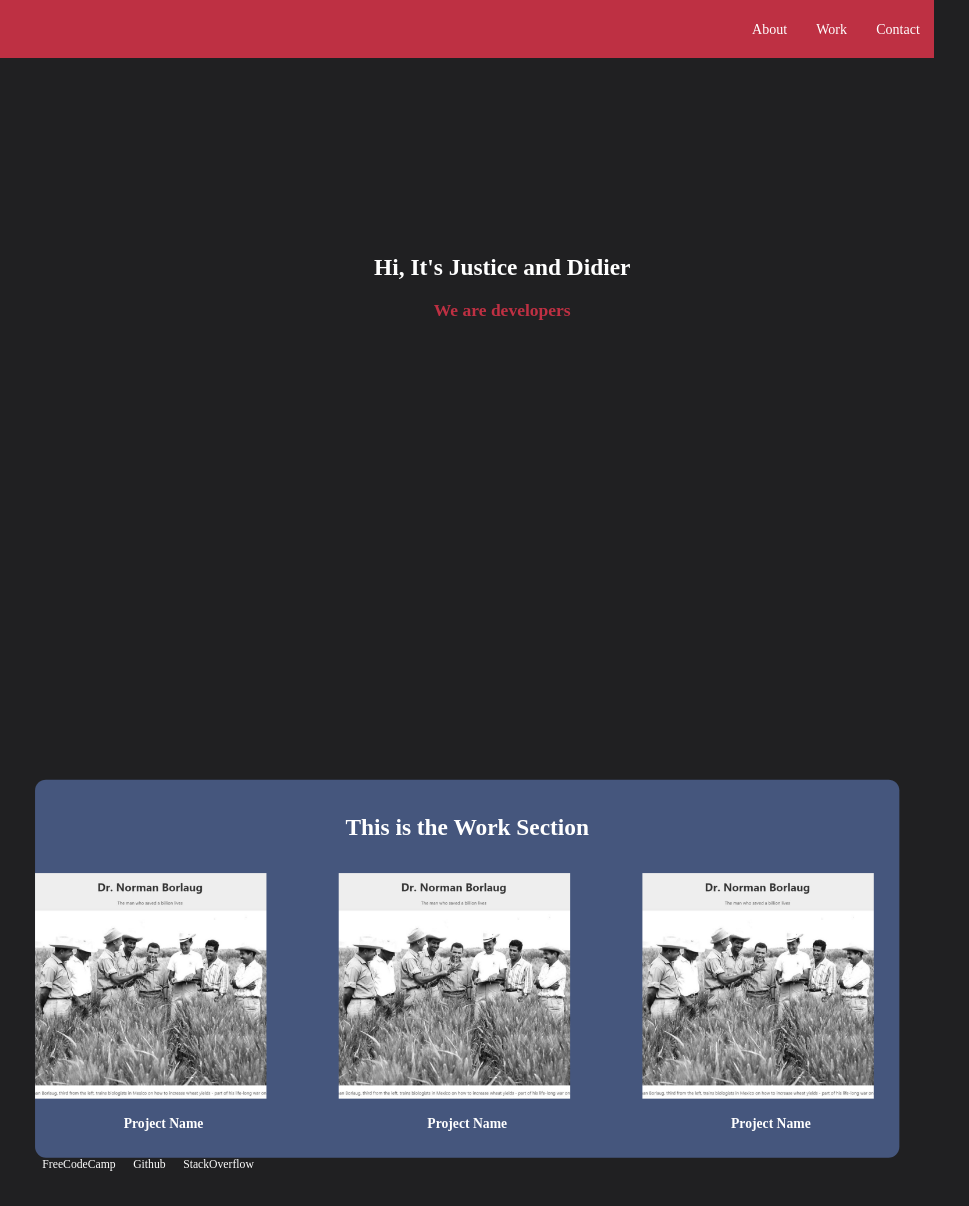
Repository: justicebhekani88/microverse_portfolio_project
Page: index.html
An editor plug-in stored every save of this project. The page is shown before and after the next save, followed by the edit.
The browser window is 1280 px wide. The page is 1328 px wide, so the pictures cover 1328 px, including what lies to the right of the window. The pictures show the whole page, at 73% of full size.

Above is the page before, as saved 2022-07-21 15:27:00.

### index.html
<!DOCTYPE html>
<html lang="en">

<head>
    <meta charset="UTF-8">
    <meta http-equiv="X-UA-Compatible" content="IE=edge">
    <meta name="viewport" content="width=device-width, initial-scale=1.0">
    <link rel="stylesheet" href="style.css">
    <title>Portfolio Project</title>
</head>

<body>
    <nav id="navbar">
        <ul id="nav-list">
            <li><a href="#welcome-section">About</a></li>
            <li><a href="#projects">Work</a></li>
            <li><a href="#contact">Contact</a></li>
        </ul>
    </nav>
    <div id="main">
        <section id="welcome-section">
            <div id="welcome-text">
                <h1>Hi, It's Justice and Didier</h1>
                <h2>We are developers</h2>
            </div>
        </section>
        <section id="projects">
            <h1>This is the Work Section</h1>
            <div id="projects-display">
            <div class="project-tile">
                <a href="">
                    <div>
                        <img src="project.png" alt="Project Image">
                        <h3>Project Name</h3>
                    </div>
                </a>
            </div>
            <div class="project-tile">
                <a href="">
                    <div>
                        <img src="project.png" alt="Project Image">
                        <h3>Project Name</h3>
                    </div>
                </a>
            </div>
            <div class="project-tile">
                <a href="">
                    <div>
                        <img src="project.png" alt="Project Image">
                        <h3>Project Name</h3>
                    </div>
                </a>
            </div>
            </div>
        </section>
        <section>
            <a href="#" id="profile-link" target="_blank">FreeCodeCamp</a>
            <a href="#" id="profile-link" target="_blank">Github</a>
            <a href="#" id="profile-link" target="_blank">StackOverflow</a>
        </section>
    </div>

</body>

</html>

### style.css
body {
    background-color: #202022;
    overflow-x: hidden;
}

nav {
    color: white;
    display: flex;
    justify-content: flex-end;
    position: fixed;
    top: 0;
    left: 0;
    width: 100%;
    background: #BE3043;
}

#nav-list {
    display: flex;
}

li,
a {
    list-style: none;
    color: white;
    padding: 10px;
    text-decoration: none;
}

#main {
    padding-left: 70px;
}

#welcome-section {
    width: 100vw;
    height: 100vh;
}

h1 {
    color: white;
    font-size: 2rem;
    text-align: center;
}

h2 {
    color: #BE3043;
    font-size: 1.5rem;
}

h3 {
    text-align: center;
}

#welcome-text {
    margin: 300px 30%;
    text-align: center;
}

#projects {
    background: #45567D;
    padding-top: 20px;
    border-radius: 15px;
}

#projects-display {
    display: grid;
    grid-template-columns: repeat(auto-fit, minmax(320px, 1fr));
    grid-gap: 4rem;
}

img {
    width: 90%
}

@media only screen and (min-width: 600px) {
    #main {
        padding: 10px;
    }
}

@media only screen and (min-width: 1280px) {
    #main {
        padding: 40px;
    }
    nav {
        font-size: larger;
    }
}

After the next save:
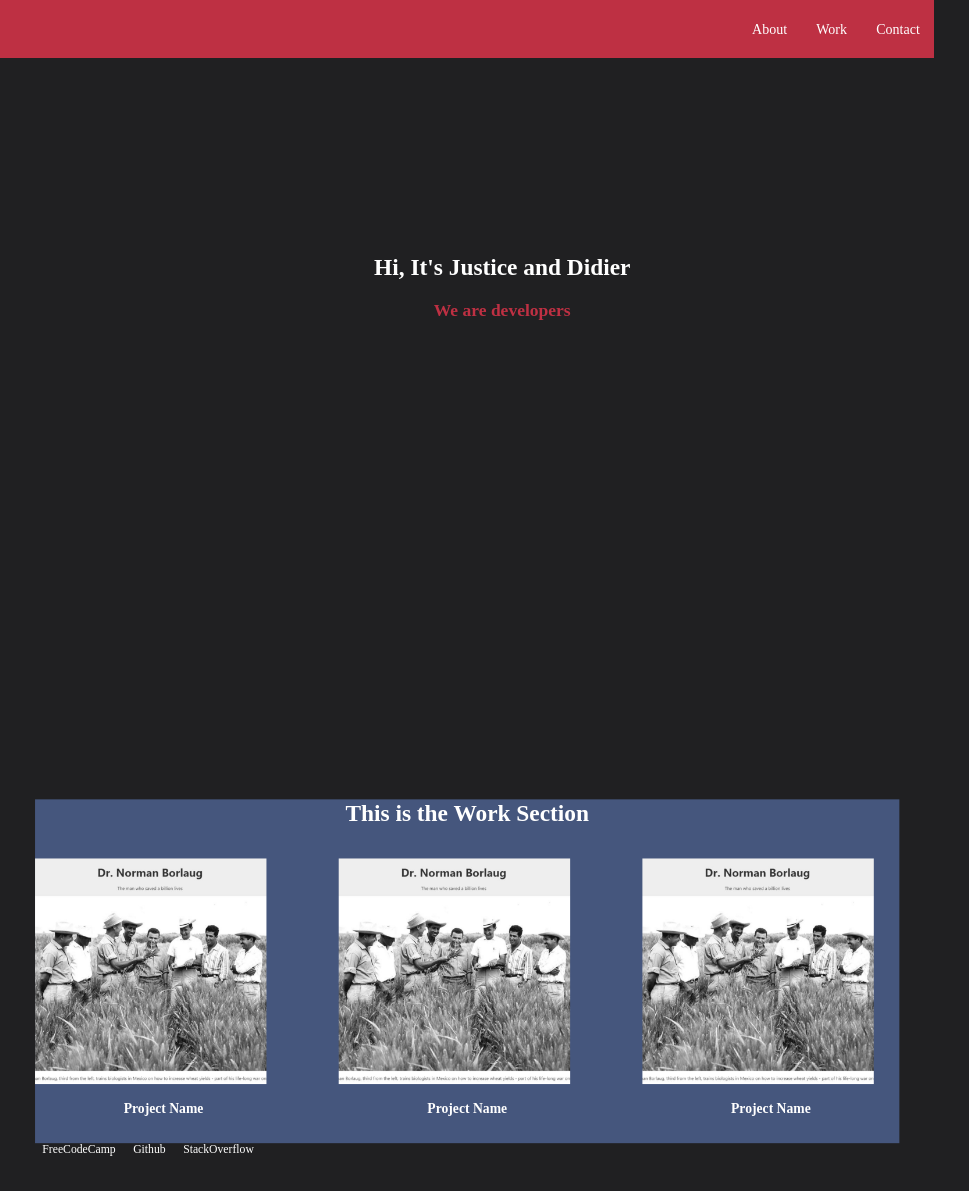
Saved 27 s later.
--- a/style.css
+++ b/style.css
@@ -57,8 +57,6 @@ h3 {
 
 #projects {
     background: #45567D;
-    padding-top: 20px;
-    border-radius: 15px;
 }
 
 #projects-display {
